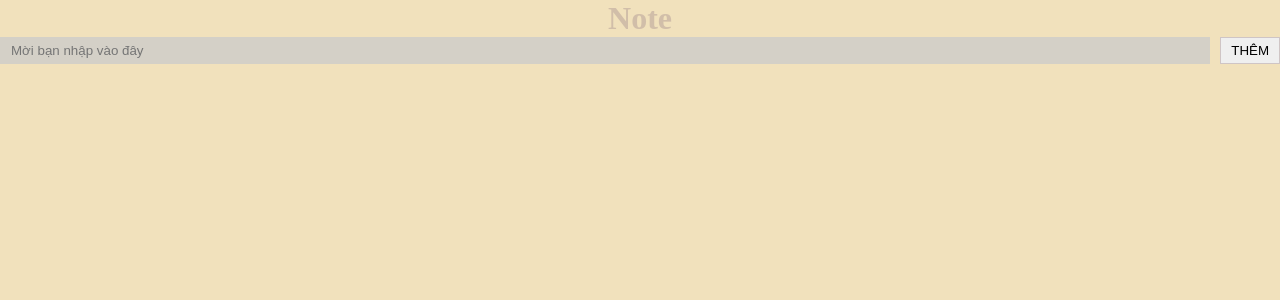
Repository: hoangnam180/Note
Page: index.html
An editor plug-in stored every save of this project. The page is shown before and after the next save, followed by the edit.
The browser window is 1280 px wide. The pictures show the whole page.

Above is the page before, as saved 2021-12-18 19:34:36.

After the next save:
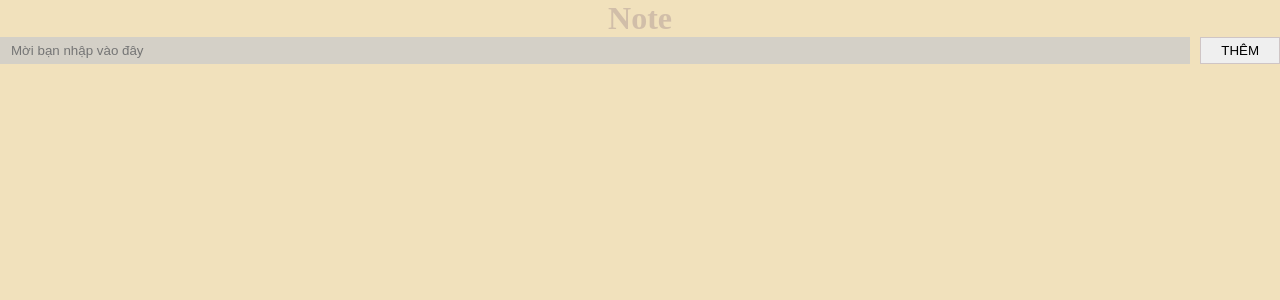
Saved 19 s later.
--- a/index.html
+++ b/index.html
@@ -37,7 +37,7 @@
         flex : 1;
     }
     .input button{
-        padding: 5px 10px;
+        padding: 5px 20px;
         border: 1px solid rgb(207, 197, 197);
     }
     .notelist{
